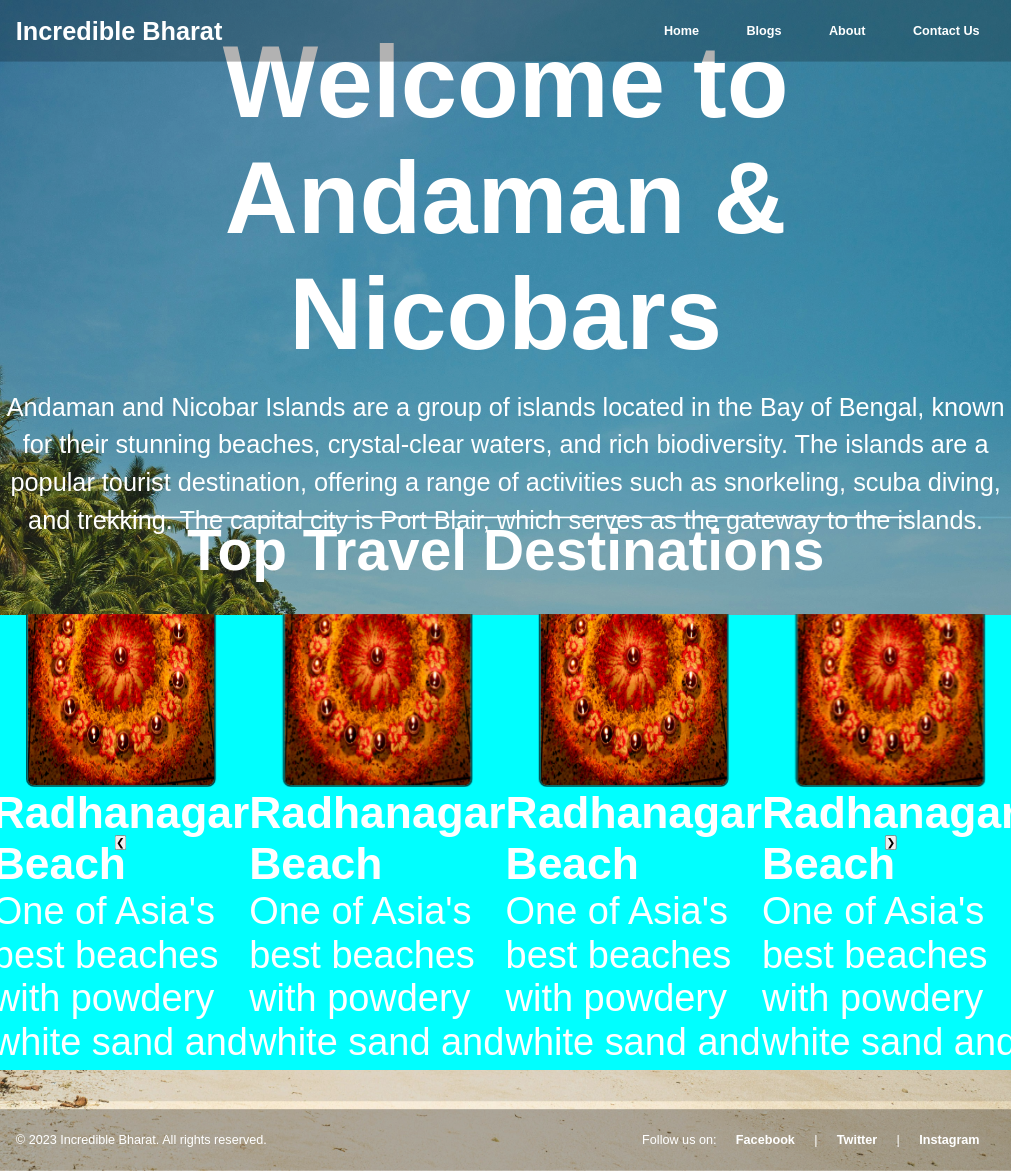
Repository: jaidhiman111/incrediblebharat
Page: destinations/Andaman-Nicobar/Andaman&Nicobar.html
These files come from the project's save history. The page is drawn as it stood at one moment and after the next save; the edit follows.
The browser window is 1280 px wide. The pictures show the whole page, at 79% of full size.

Above is the page before, as saved 2025-05-01 22:54:43.

### destinations/Andaman-Nicobar/Andaman&Nicobar.html
<!DOCTYPE html>
<html lang="en">

<head>
    <meta charset="UTF-8">
    <link rel="stylesheet" href="/assets/style.css">
    <meta name="viewport" content="width=device-width, initial-scale=1.0">
    <title>Document</title>
</head>

<body class="andaman-nicobar">
    <!-- This is the header of the page. -->
    <header class="header">
        <div class="logo">
            <h1>Incredible Bharat</h1>
        </div>
        <div class="nav">
            <nav>
                <ul>
                    <li>
                        <a href="/index.html">Home</a>
                        <a href="#">Blogs</a>
                        <a href="#">About</a>
                        <a href="#">Contact Us</a>
                    </li>
                </ul>
            </nav>
        </div>
    </header>
    <!-- This is the main content of the page. -->
    <main class="main-container">
        <section class="hero-section">
            <h2>Welcome to Andaman & Nicobars</h2>
            <p>Andaman and Nicobar Islands are a group of islands located in the Bay of Bengal, known for their stunning
                beaches, crystal-clear waters, and rich biodiversity. The islands are a popular tourist destination,
                offering a range of activities such as snorkeling, scuba diving, and trekking. The capital city is Port
                Blair, which serves as the gateway to the islands.</p>
        </section>
        <hr>
        <section id="travel-slider">
            <h2>Top Travel Destinations</h2>
            <div class="slider-container">
                <button class="slide-btn left" onclick="slideLeft('travel')">&#10094;</button>

                <div class="slider">
                    <div class="card">
                        <div>
                            <img class="card-image" src="/media/diwali.jpg" alt="Radhanagar Beach">
                        </div>
                        <div>
                            <h3>Radhanagar Beach</h3>
                            <p>One of Asia's best beaches with powdery white sand and turquoise waters.</p>
                        </div>
                    </div>
                    <div class="card">
                        <div>
                            <img class="card-image" src="/media/diwali.jpg" alt="Radhanagar Beach">
                        </div>
                        <div>
                            <h3>Radhanagar Beach</h3>
                            <p>One of Asia's best beaches with powdery white sand and turquoise waters.</p>
                        </div>
                    </div>
                    <div class="card">
                        <div>
                            <img class="card-image" src="/media/diwali.jpg" alt="Radhanagar Beach">
                        </div>
                        <div>
                            <h3>Radhanagar Beach</h3>
                            <p>One of Asia's best beaches with powdery white sand and turquoise waters.</p>
                        </div>
                    </div>
                    <div class="card">
                        <div>
                            <img class="card-image" src="/media/diwali.jpg" alt="Radhanagar Beach">
                        </div>
                        <div>
                            <h3>Radhanagar Beach</h3>
                            <p>One of Asia's best beaches with powdery white sand and turquoise waters.</p>
                        </div>
                    </div>
                    <!-- Add more slides here -->
                </div>

                <button class="slide-btn right" onclick="slideRight('travel')">&#10095;</button>
            </div>
        </section>
    </main>
    <!-- This is the footer of the page. -->
    <footer class="footer">
        <div>
            <p>&copy; 2023 Incredible Bharat. All rights reserved.</p>
        </div>
        <div>
            <p>Follow us on:
                <a href="#">Facebook</a> |
                <a href="#">Twitter</a> |
                <a href="#">Instagram</a>
        </div>
    </footer>
</body>

</html>

### assets/style.css
* {
    box-sizing: border-box;
    margin: 0;
    padding: 0;
}

.home {
    font-family: Arial, sans-serif;
    background-image: url('/media/bg-cover.jpg');
    background-size: cover;
    background-repeat: no-repeat;
    background-position: center;
    color: #fff;
}

.andaman-nicobar {
    font-family: Arial, sans-serif;
    background-image: url('/media/andaman.jpg');
    background-size: cover;
    background-repeat: no-repeat;
    background-position: center;
    color: #fff;
}


/* This is for header */
.header {
    background-color: rgba(0, 0, 0, 0.3);
    display: flex;
    justify-content: space-between;
    align-items: center;
    padding: 20px;
    position: sticky;
    top: 0;
    text-align: center;
}

li {
    list-style: none;
    display: flex;
    gap: 20px;
}

li a {
    padding: 10px 20px;
    border-radius: 5px;
    text-decoration: none;
    color: #fff;
    font-weight: bold;
}

li a:hover {
    color: #fff;
    transform: scale(1.1);
}

/* This is for section */
section {
    background-color: rgba(0, 0, 0, 0.1);
}

.hero-section {
    display: flex;
    flex-direction: column;
    /* stack items vertically */
    justify-content: center;
    /* center vertically */
    align-items: center;
    /* center horizontally */
    height: 80vh;
    text-align: center;
}

.hero-section h2 {
    font-size: 8rem;
    margin-bottom: 20px;
}

.hero-section p {
    font-size: 2rem;
    margin-bottom: 20px;
    max-width: 100rem;
    /* limit the width of the paragraph */
    line-height: 1.5;
    /* improve readability */
}

.hero-section a {
    text-decoration: none;
    color: #fff;
    font-size: 1.5rem;
    margin-bottom: 20px;
}

.hero-section a:hover {
    color: #fff;
    text-decoration: underline;
    transform: scale(1.1);
    transition: transform 0.3s ease-in-out;
}

hr {
    width: 80%;
    margin: auto;
    border: 1px solid #fff;
}

.state-section {
    display: flex;
    flex-direction: column;
    justify-content: center;
    align-items: center;
    height: 80vh;
    text-align: center;
}

.state-section h2 {
    font-size: 3rem;
    margin-bottom: 20px;
}

.state-button {
    padding: 30px;
    max-width: 100rem;
    margin: 0 auto;
}

.state-button button {
    background-color: rgba(0, 0, 0, 0.4);
    backdrop-filter: blur(5px);
    border: none;
    border-radius: 8px;
    margin: 10px;
    padding: 12px 20px;
    cursor: pointer;
    transition: background-color 0.3s ease;
    font-size: 16px;
    font-weight: 500;
}

.state-button button a {
    color: #ffffff;
    text-decoration: none;
    display: block;
    width: 100%;
    height: 100%;
}

.state-button button:hover {
    background-color: rgba(0, 0, 0, 0.7);
    transform: scale(1.1);
    transition: transform 0.3s ease-in-out;
}

.card-section {
    display: flex;
    flex-wrap: wrap;
    justify-content: center;
    gap: 5rem;
    padding: 30px 20px;
    margin: 20px auto;
    max-width: 100%;
    border-radius: 10px;
}




/* This is for footer */

.footer {
    background-color: rgba(0, 0, 0, 0.3);
    display: flex;
    justify-content: space-between;
    align-items: center;
    padding: 20px;
    position: relative;
    bottom: 0;
    text-align: center;
}

.footer li {
    list-style: none;
    display: flex;
    gap: 20px;
}

.footer a {
    display: inline-block;
    padding: 10px 20px;
    border-radius: 5px;
    text-decoration: none;
    color: #fff;
    font-weight: bold;
}

.footer a:hover {
    color: #fff;
    transform: scale(1.1);

}

/* This is for media queries */
/* --- Andaman & Nicobar Page Enhancements --- */

#travel-slider {
    display: flex;
    flex-direction: column;
    font-size: 3rem;
    margin-bottom: 10px;
    justify-items: center;
    align-items: center;

}

.slider-container {
    display: flex;
    justify-content: center;
    align-items: center;
    background-color:aqua;
    position: relative;
    height: 80vh;
    max-width: 100%;
    overflow: hidden;
    margin: 40px auto;
    padding: 0 40px;
}

.slider {
    display: flex;
    transition: transform 0.5s ease;
    max-width: 80%;
    background-color: aqua;
    margin: 10px, auto;
    padding: auto;
    justify-content: center;
    align-items: center;
}


.slide-btn.left {
    left: 10px;
}

.slide-btn.right {
    right: 10px;
}

.card {
    display: flex;
    flex-direction: column;
    justify-content: center;
    align-items: center;
}

.card-image {
    background-color: rgba(0, 0, 0, 0.3);
    backdrop-filter: blur(5px);
    color: #fff;
    border: 2px solid #014d4e;
    border-radius: 10px;
    width: 15rem;
    height: 20rem;
    display: flex;
    align-items: center;
    justify-content: center;
    font-size: 2rem;
    font-weight: bold;
    cursor: pointer;
    transition: transform 0.3s ease, background-color 0.3s ease;
}

.card:hover {
    background-color: rgba(0, 0, 0, 0.3);
    color: #ffffff;
    transform: scale(1.05);
}

After the next save:
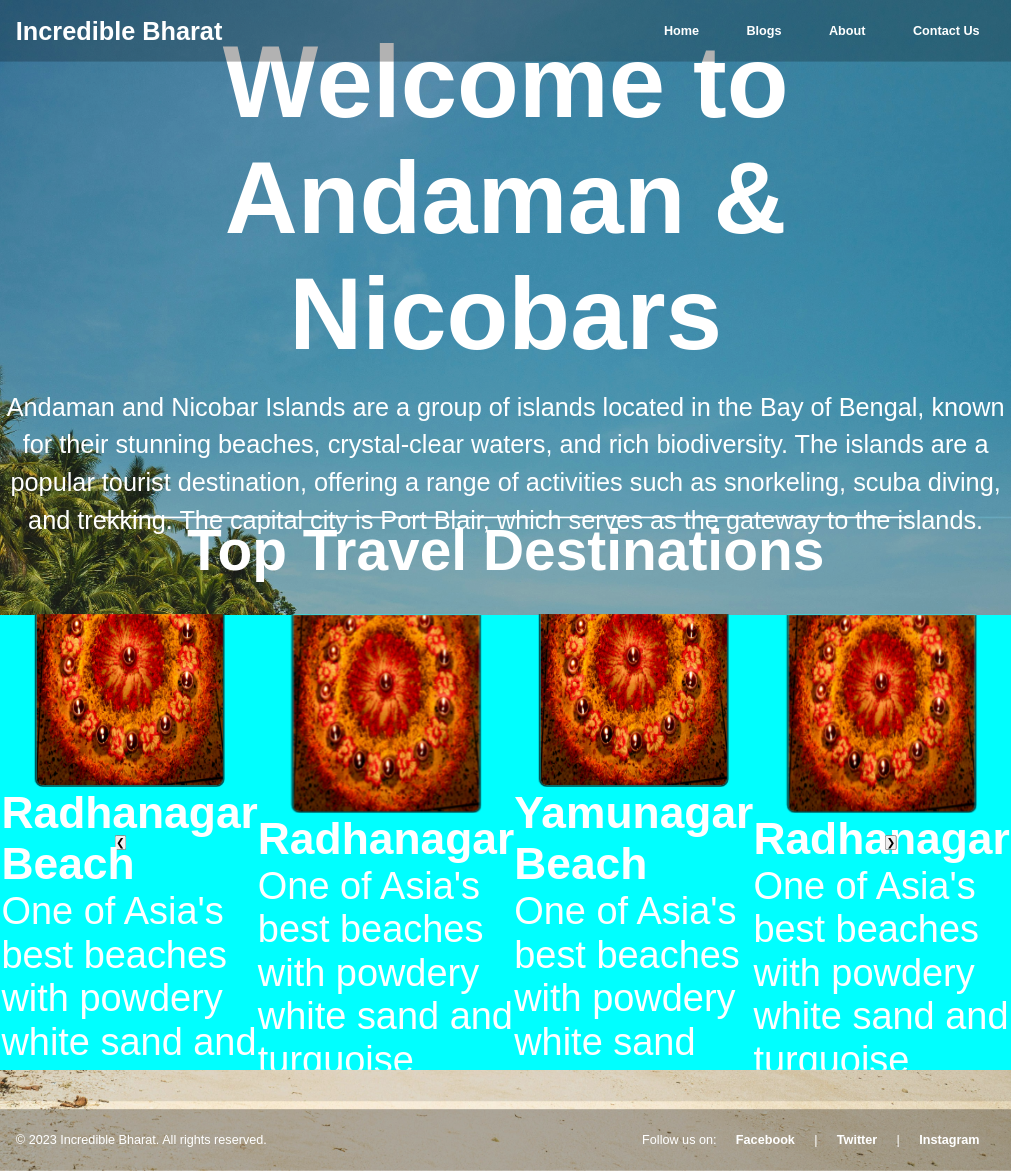
Saved 16 s later.
--- a/destinations/Andaman-Nicobar/Andaman&Nicobar.html
+++ b/destinations/Andaman-Nicobar/Andaman&Nicobar.html
@@ -57,7 +57,7 @@
                             <img class="card-image" src="/media/diwali.jpg" alt="Radhanagar Beach">
                         </div>
                         <div>
-                            <h3>Radhanagar Beach</h3>
+                            <h3>Radhanagar </h3>
                             <p>One of Asia's best beaches with powdery white sand and turquoise waters.</p>
                         </div>
                     </div>
@@ -66,7 +66,7 @@
                             <img class="card-image" src="/media/diwali.jpg" alt="Radhanagar Beach">
                         </div>
                         <div>
-                            <h3>Radhanagar Beach</h3>
+                            <h3>Yamunagar Beach</h3>
                             <p>One of Asia's best beaches with powdery white sand and turquoise waters.</p>
                         </div>
                     </div>
@@ -75,7 +75,7 @@
                             <img class="card-image" src="/media/diwali.jpg" alt="Radhanagar Beach">
                         </div>
                         <div>
-                            <h3>Radhanagar Beach</h3>
+                            <h3>Radhanagar </h3>
                             <p>One of Asia's best beaches with powdery white sand and turquoise waters.</p>
                         </div>
                     </div>
